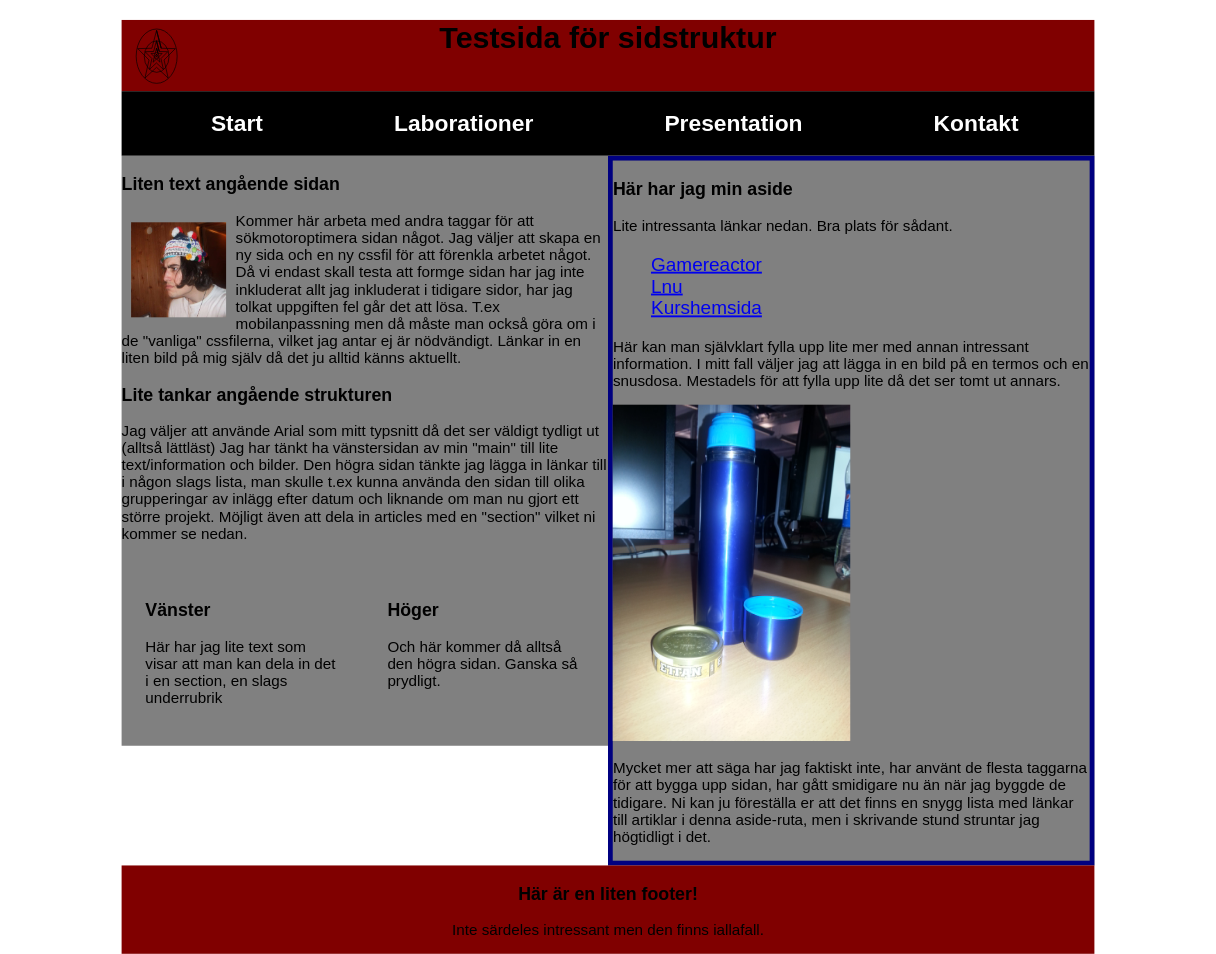
Repository: ao222qc/1IK415_ao222qc_copycat
Page: pages/testsida.html
The author's editor kept a record of every edit. The page is drawn from the files as they stood at one moment, then again after the next edit.
The browser window is 1280 px wide. The pictures show the whole page, at 95% of full size.

Above is the page before.

After the next edit:
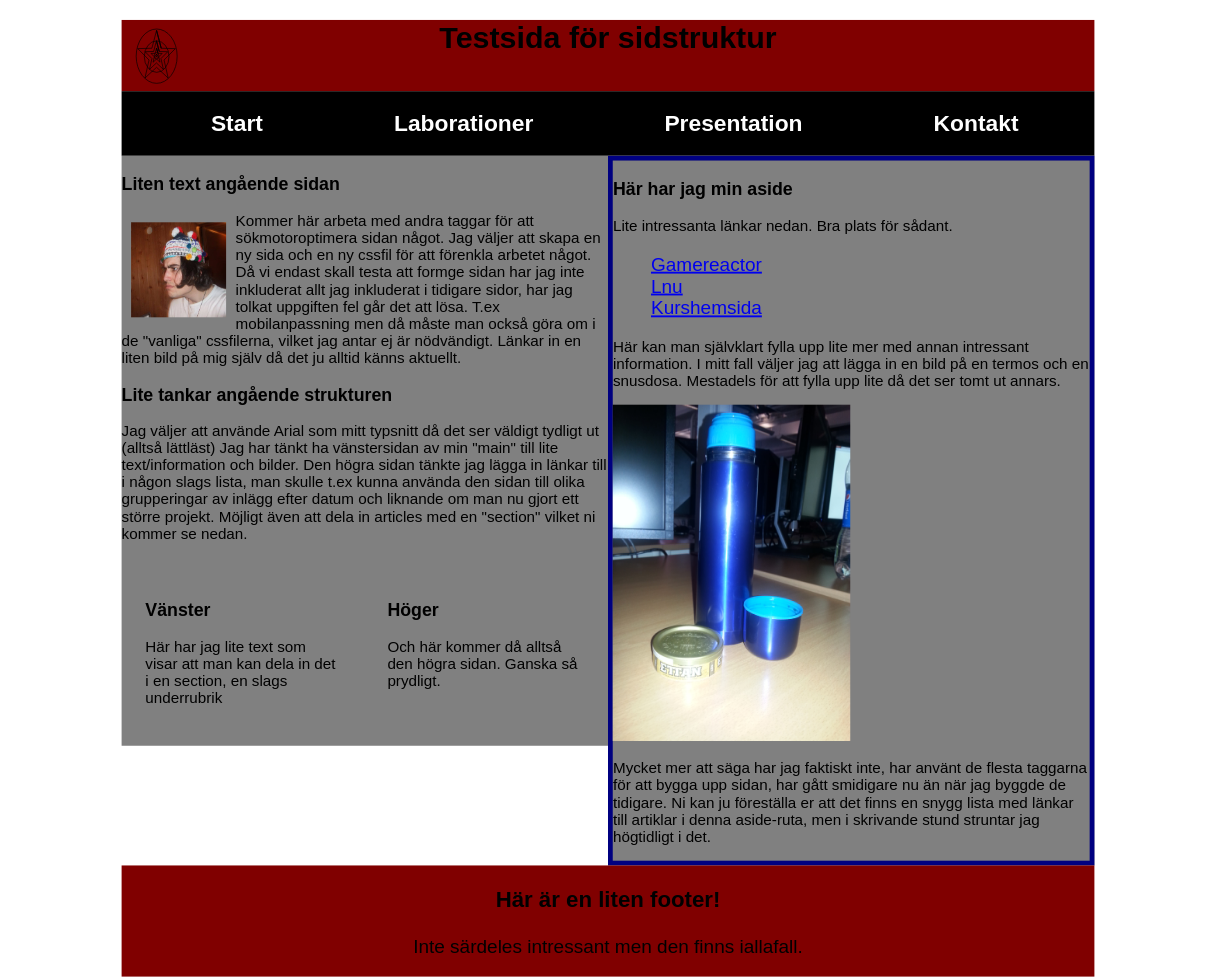
The edit:
--- a/pics/css/testsida.css
+++ b/pics/css/testsida.css
@@ -101,6 +101,7 @@
 }
 Footer
 {
+    font-size:125%;
     float:left;
     width:100%;
     background-color:Maroon;
